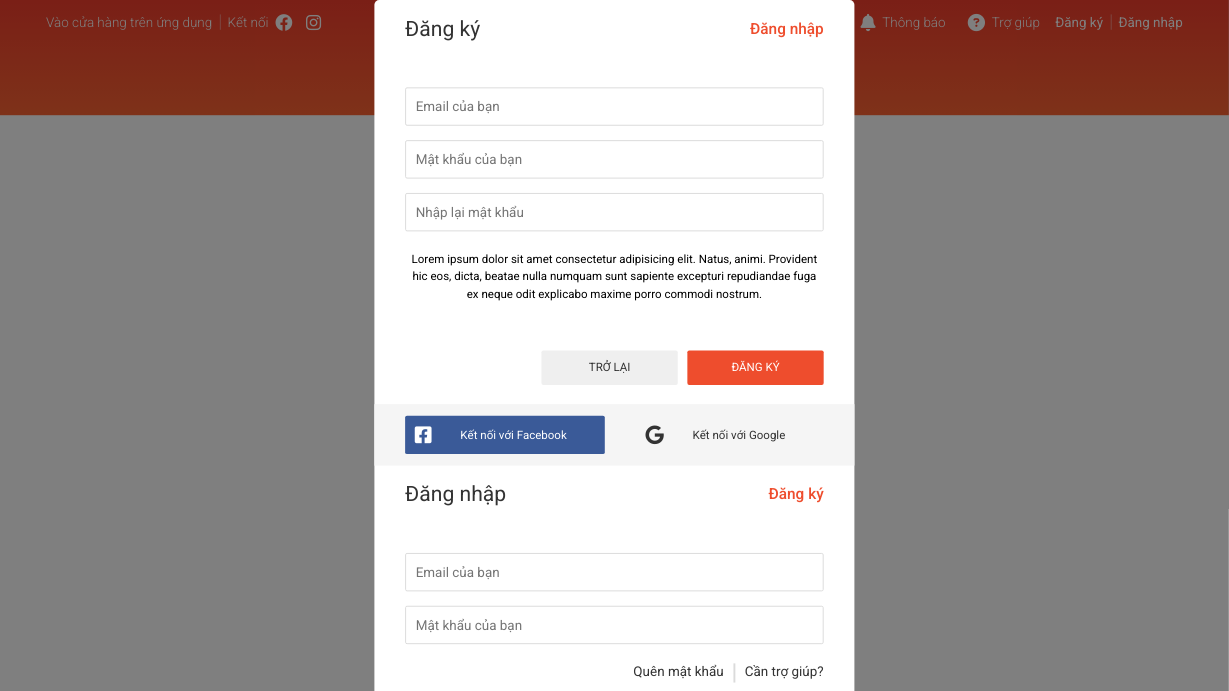
Repository: dptuyen1/F8-Tutorial
Page: index.html
These files come from the project's save history. The page is drawn as it stood at one moment and after the next save; the edit follows.
The browser window is 1280 px wide. The pictures show the whole page, at 96% of full size.

Above is the page before, as saved 2023-05-09 09:15:35.

After the next save:
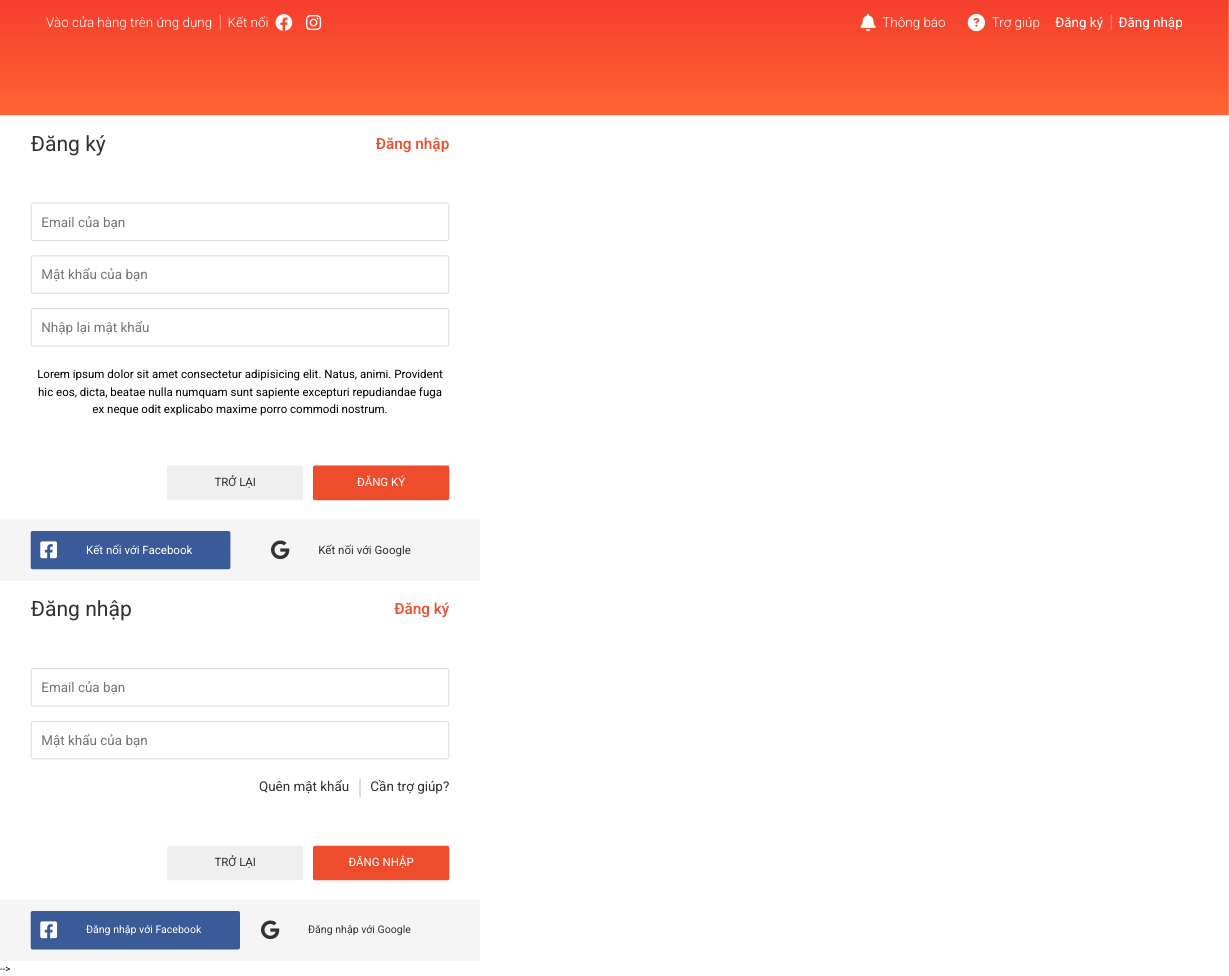
Saved 48 s later.
--- a/index.html
+++ b/index.html
@@ -167,7 +167,7 @@
     </div>
 
     <!-- Modal layout -->
-    <div class="modal">
+    <!-- <div class="modal">
       <div class="modal__overlay"></div>
       <div class="modal__body">
         <div class="modal__inner"></div>
@@ -299,6 +299,6 @@
           </div>
         </form>
       </div>
-    </div>
+    </div> -->
   </body>
 </html>

After the save that followed:
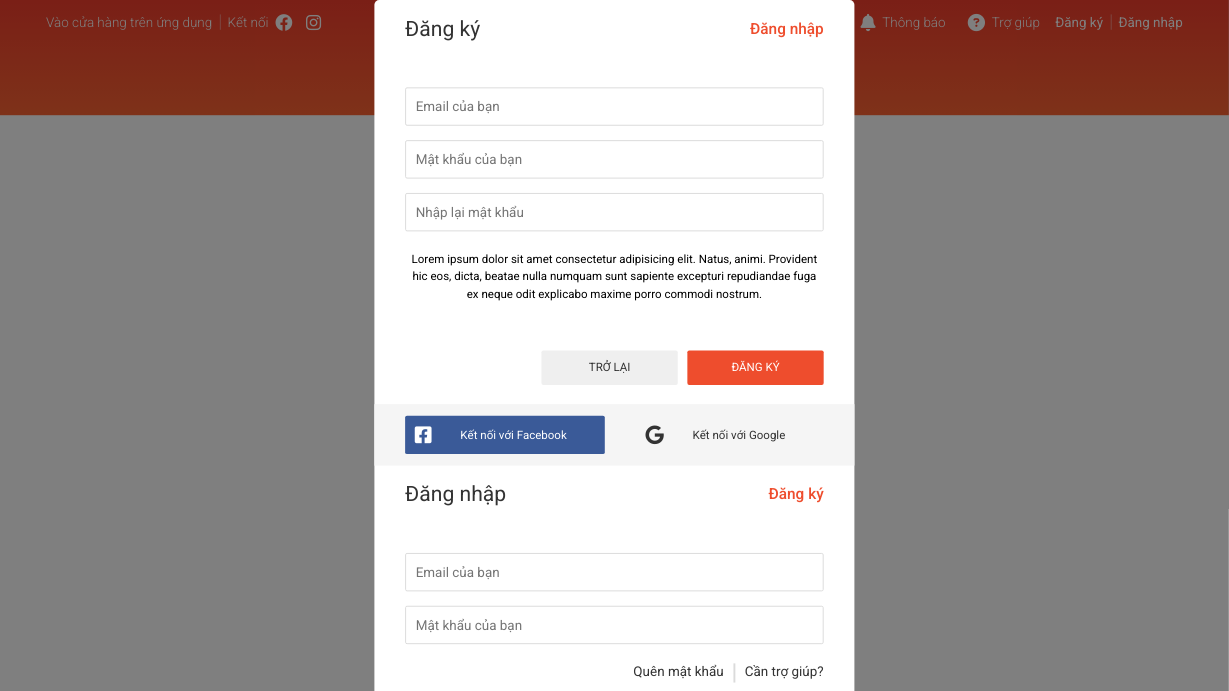
Saved 4 s later.
--- a/index.html
+++ b/index.html
@@ -167,7 +167,7 @@
     </div>
 
     <!-- Modal layout -->
-    <!-- <div class="modal">
+    <div class="modal">
       <div class="modal__overlay"></div>
       <div class="modal__body">
         <div class="modal__inner"></div>
@@ -299,6 +299,6 @@
           </div>
         </form>
       </div>
-    </div> -->
+    </div>
   </body>
 </html>
